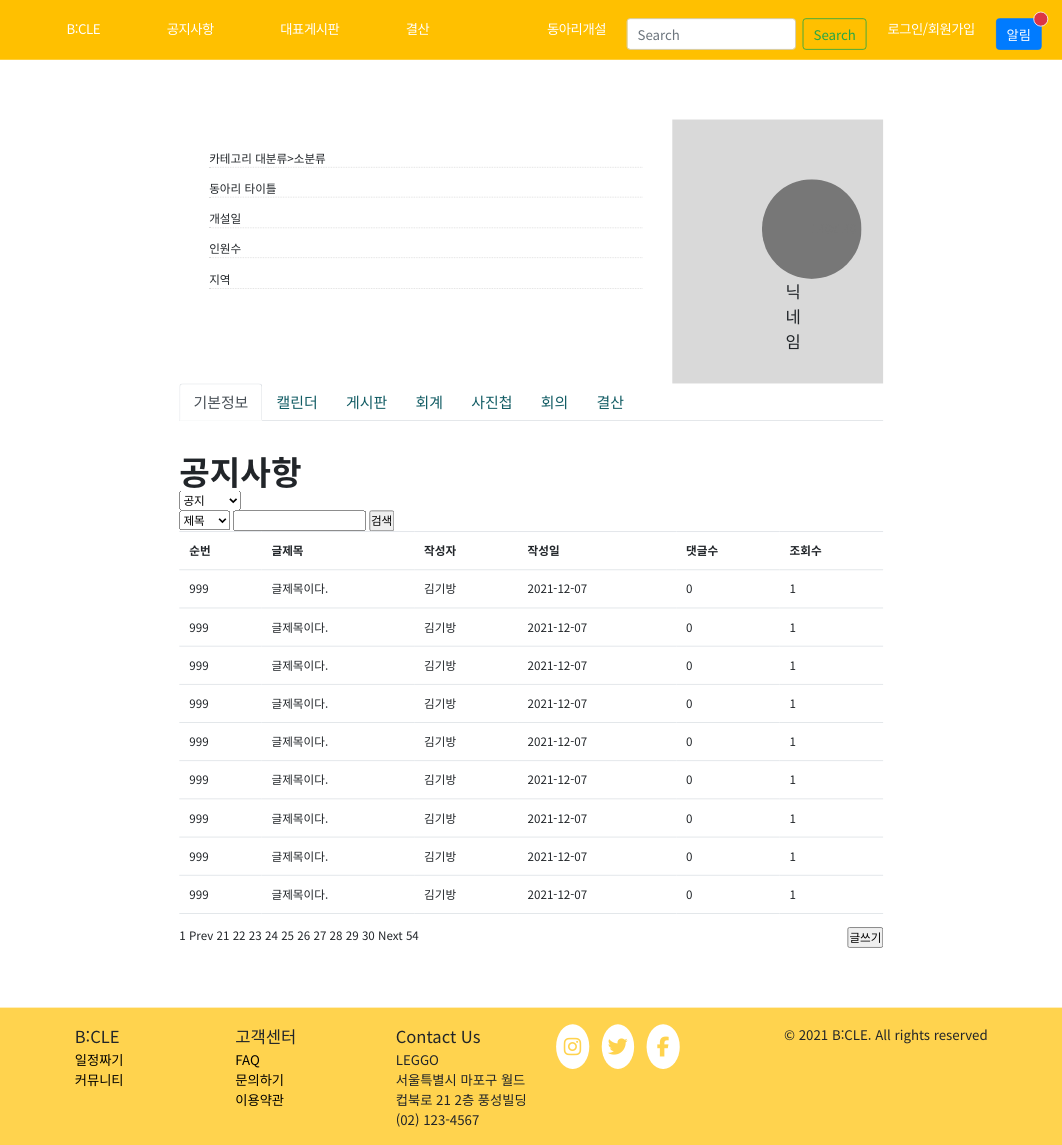
Repository: hyodii/FinalProject
Page: http://localhost/ViewPage/beenoticeList.jsp
The author's editor kept a copy of each file at every save. The page is drawn from the files as they stood at one save, then again after the next save.
The browser window is 1280 px wide. The pictures show the whole page, at 83% of full size.
Some web fonts or font styles are not loaded; a fallback is used. Some web libraries are served in a nearby version. The page is served by Tomcat 9.

Above is the page before, as saved 2021-12-10 14:14:06.
Console error: ReferenceError: $ is not defined

### ViewPage/WebContent/beenoticeList.jsp
<%@ page contentType="text/html; charset=UTF-8"%>
<%@ taglib prefix="c" uri="http://java.sun.com/jsp/jstl/core"%>
<%
   request.setCharacterEncoding("UTF-8");
   String cp = request.getContextPath();
%>
<!DOCTYPE html>
<html>
<head>
<meta charset="UTF-8">
<title>beenoticeList.jsp</title>
<style type="text/css">

/*    .left
   {
      float: left;
   }
   .right
   {
      float: right;
   }
 */


#wrap
{
	min-height: 100vh;
    position: relative;
    width: 100%;

}

#footer
{
	display: flex;
	justify-content: space-between;
}

#content
{
	margin: 5vh 30vh 10vh 30vh;
}

</style>
</head>
<body>


<!--
 beenoticeList.jsp
-  동아리 내 게시판 > 공지사항
-->
<div id="wrap">
   <div>
      <!-- 메뉴 영역 -->
      <c:import url="nav.jsp"></c:import>

      <!-- 사이드바 영역  -->

      <!-- 동아리 공통 메인 -->
		<c:import url="meetingmain.jsp"></c:import>


		<!-- 콘텐츠 영역 -->
     <div id="content">
     	<div>
         <h1>공지사항</h1>
		</div>

		<div class="box">
			<div>
				<form action="" name="categoryForm" method="post">
					<select name="categoryKey" class="selectField">
						<option value="notice">공지</option>
						<option value="talk">자유글</option>
						<option value="greeting">가입인사</option>
						<option value="review">정모후기</option>
						<option value="question">문의글</option>
					</select>
				</form>
			</div>
		</div>

			<div id="search">
				<form action="" name="searchForm" method="post">
					<select name="searchKey" class="selectField">
						<option value="subject">제목</option>
						<option value="name">작성자</option>
					</select> <input type="text" name="searchValue" class="textField"> <input
							type="button" value="검색" class="btn2" onclick="sendIt()">
				</form>
			</div>

         <table id="" class="table" >
              <tr>
                 <!-- 항목 8EA -->
                 <th>순번</th>
                 <th>글제목</th>
                 <th>작성자</th>
                 <th>작성일</th>
                 <th>댓글수</th>
                 <th>조회수</th>
              </tr>

              <tr>
                 <td>999</td>
                 <td>글제목이다.</td>
                 <td>김기방</td>
                 <td>2021-12-07</td>
                 <td>0</td>
                 <td>1</td>
              </tr>
              <tr>
                 <td>999</td>
                 <td>글제목이다.</td>
                 <td>김기방</td>
                 <td>2021-12-07</td>
                 <td>0</td>
                 <td>1</td>
              </tr>
              <tr>
                 <td>999</td>
                 <td>글제목이다.</td>
                 <td>김기방</td>
                 <td>2021-12-07</td>
                 <td>0</td>
                 <td>1</td>
              </tr>
              <tr>
                 <td>999</td>
                 <td>글제목이다.</td>
                 <td>김기방</td>
                 <td>2021-12-07</td>
                 <td>0</td>
                 <td>1</td>
              </tr>
              <tr>
                 <td>999</td>
                 <td>글제목이다.</td>
                 <td>김기방</td>
                 <td>2021-12-07</td>
                 <td>0</td>
                 <td>1</td>
              </tr>
              <tr>
                 <td>999</td>
                 <td>글제목이다.</td>
                 <td>김기방</td>
                 <td>2021-12-07</td>
                 <td>0</td>
                 <td>1</td>
              </tr>
              <tr>
                 <td>999</td>
                 <td>글제목이다.</td>
                 <td>김기방</td>
                 <td>2021-12-07</td>
                 <td>0</td>
                 <td>1</td>
              </tr>
              <tr>
                 <td>999</td>
                 <td>글제목이다.</td>
                 <td>김기방</td>
                 <td>2021-12-07</td>
                 <td>0</td>
                 <td>1</td>
              </tr>
              <tr>
                 <td>999</td>
                 <td>글제목이다.</td>
                 <td>김기방</td>
                 <td>2021-12-07</td>
                 <td>0</td>
                 <td>1</td>
              </tr>

              </table>


        <div id="footer">
         <p>1 Prev 21 22 23 24 25 26 27 28 29 30 Next 54</p>
         <input type="button" value="글쓰기" />
      	</div>

     </div>



      <!-- 푸터 영역 -->
      <div>
      	<c:import url="footer.jsp"></c:import>
      </div>



   </div>

</div>


</body>
</html>

### ViewPage/WebContent/nav.jsp
<%@ page contentType="text/html; charset=UTF-8"%>
<%@ taglib prefix="c" uri="http://java.sun.com/jsp/jstl/core"%>
<%
	request.setCharacterEncoding("UTF-8");
String cp = request.getContextPath();
%>
<!DOCTYPE html>
<html lang="ko">
<head>
<meta charset="UTF-8">
<meta name="viewport" content="width=device-width, initial-scale=1">
<title>B:CLE</title>
<!-- <link rel="stylesheet" href="css/main.css"> -->
<link rel="stylesheet" href="css/font-awesome.min.css">
<link
	href="https://cdn.jsdelivr.net/npm/bootstrap@5.1.3/dist/css/bootstrap.min.css"
	rel="stylesheet"
	integrity="sha384-1BmE4kWBq78iYhFldvKuhfTAU6auU8tT94WrHftjDbrCEXSU1oBoqyl2QvZ6jIW3"
	crossorigin="anonymous">

<style>
@import
	url('https://fonts.googleapis.com/css?family=Exo+2|Noto+Sans+KR&display=swap')
	;
/*reset*/
* {
	margin: 0;
	padding: 0;
}
body {
	margin: 0;
}
h1, h2, h3, h4, h5, h6, p, ul, ol, li, dl, dt, dd {
	margin: 0;
	padding: 0;
}
h1, h2, h3, h4, h5, h6 {
	font-weight: 700;
	font-size: inherit;
}
a {
	color: inherit;
	text-decoration: inherit;
}
img {
	vertical-align: middle;
}
a img {
	border: none;
}
li {
	list-style: none;
}
address, em, i, ul {
	font-style: normal;
}
.mo {
	display: none;
}
body {
	font-family: 'Noto Sans KR', sans-serif;
	font-size: 14px;
}
header {
	font-family: 'Noto Sans KR', sans-serif;
	letter-spacing: -0.5px;
	background: rgb(255, 192, 0);
	color: white;
	height: 10vh;
	width: 100%;
	position: relative;
	margin-top: -20px;
}
.mainHeader {
	width: 100%;
	margin-top: 20px;
	box-sizing: border-box;
	vertical-align: center;
}
.mainHeader .gnbMo {
	display: none;
}
.mainHeader .gnb {
	float: left;
	margin-left: 80px;
	margin-top: 3vh;
}
.mainHeader .gnb li {
	float: left;
	margin-right: 80px;
}
.mainHeader .gnb li a {
	display: block;
	width: 100%;
	height: 100%;
	text-align: center;
	color: #fff;
	font-size: 16px;
	text-decoration-line: none;
}
.mainHeader .gnb li a:hover, .mainHeader .gnb li a:focus {
	color: #ff8342;
}
.mainHeader .tnb {
	float: right;
	margin-top: 3vh;
}
.mainHeader .tnb li {
	float: left;
	margin-right: 25px;
}
.mainHeader .tnb li a {
	display: block;
	width: 100%;
	height: 100%;
	text-align: center;
	font-size: 16px;
	color: #fff;
	text-decoration-line: none;
}
.mainHeader .tnb li:nth-child(1) a i, .mainHeader .tnb li:nth-child(2) a i
	{
	font-size: 20px;
	margin-right: 8px;
}
.mainHeader .tnb li:last-child a {
	display: block;
	width: 105px;
	line-height: 2;
	border: 1px solid #fff;
	border-radius: 30px;
	margin-top: 35px;
}
.mainHeader .tnb li:last-child a i {
	margin-left: 5px;
}
.mainHeader .tnb li:last-child a:hover {
	background: #fff;
	color: #ff8342;
	transition: all 0.3s;
}
.btn-primary {
    color: #fff;
    background-color: #105b63;
    border-color: #105b63;
}
</style>


</head>
<body>
	<!--header-->
	<header>
		<div class="mainHeader">
			<nav class="gnb">
				<ul>
					<li><a href="#">B:CLE</a></li>
					<li><a href="#">공지사항</a></li>
					<li><a href="#">대표게시판</a></li>
					<li><a href="#">결산</a></li>
				</ul>
			</nav>
			<nav class="tnb">
				<ul>

					<li><a href="#">동아리개설</a></li>

					<li>
						<form class="d-flex">
							<input class="form-control me-2" type="search"
								placeholder="Search" aria-label="Search">
							<button class="btn btn-outline-success" type="submit">Search</button>
						</form>
					</li>




					<li><a href="#"></i>로그인/회원가입</a></li>
					<li><button type="button"
							class="btn btn-primary position-relative">
							알림 <span
								class="position-absolute top-0 start-100 translate-middle p-2 bg-danger border border-light rounded-circle">
								<span class="visually-hidden">New alerts</span>
							</span>
						</button></li>
				</ul>
			</nav>
			<nav class="gnbMo">
				<a href="#"><i class="fa fa-bars" aria-hidden="true"></i></a>
			</nav>
		</div>
	</header>
</body>
</html>

<!-- 검색부분에 쓸 부트스트랩 -->
<!--       <form class="d-flex">
        <input class="form-control me-2" type="search" placeholder="Search" aria-label="Search">
        <button class="btn btn-outline-success" type="submit">Search</button>
      </form> -->

### ViewPage/WebContent/meetingmain.jsp
<%@ page contentType="text/html; charset=UTF-8"%>
<%@ taglib prefix="c" uri="http://java.sun.com/jsp/jstl/core"%>
<%
	request.setCharacterEncoding("UTF-8");
	String cp = request.getContextPath();
%>
<!DOCTYPE html>
<html>
<head>
<meta charset="UTF-8">
<meta name="viewport" content="width=device-width, initial-scale=1">
<title>B:CLE</title>
<!-- <link rel="stylesheet" href="css/main.css"> -->
<link rel="stylesheet" href="css/font-awesome.min.css">
<link
	href="https://cdn.jsdelivr.net/npm/bootstrap@5.1.3/dist/css/bootstrap.min.css"
	rel="stylesheet"
	integrity="sha384-1BmE4kWBq78iYhFldvKuhfTAU6auU8tT94WrHftjDbrCEXSU1oBoqyl2QvZ6jIW3"
	crossorigin="anonymous">

<style>
@import
	url('https://fonts.googleapis.com/css?family=Exo+2|Noto+Sans+KR&display=swap')
	;
body {font-family: 'Noto Sans KR', sans-serif; font-size: 14px;}
/* .info {
	width: 100vh;
	height: 30vh;
	padding : 5vh;

}
.ProfileInfo {
	width: 70vh;
	height: 30vh;
	margin: 10vh 0vh 0vh 70vh;
} */
.info {
	height: 80%;
	width: 70%;
	padding : 5vh;
}
.ProfileInfo {
padding : 5vh;
width: 30%;
background-color : #D9D9D9;
}
.upper {
	margin: 10vh 30vh 0vh 30vh;
	position: fix;
	height: 60%;
	display: flex;
}
.nav{
margin:0vh 30vh 0vh 30vh;
color : #105b63;
font-size : 18px;
}
.nav-link {
    display: block;
    padding: 0.5rem 3rem;
    color: #0d6efd;
    text-decoration: none;
    transition: color .15s ease-in-out,background-color .15s ease-in-out,border-color .15s ease-in-out;
}
.nav-tabs .nav-link {
    margin-bottom: -1px;
    background: 0 0;
    border: 1px solid transparent;
    border-top-left-radius: .25rem;
    border-top-right-radius: .25rem;
    color : #105b63;
}
ul{
   list-style:none;
   }

.info ul li{
margin : 0vh 0vh 2vh 0vh;
border-bottom : 1px dotted #D9D9D9;
}
.col-lg-4{
margin : 5vh 10vh 0vh 10vh;
}
.col-lg-4 p{
margin-left : 4vh;
}
</style>
</head>

<body>

	<div class="upper">
		<div class=info>
		<ul>
		<li>카테고리 대분류>소분류</li>
				<li>동아리 타이틀</li>
						<li>개설일</li>
								<li>인원수</li>
										<li>지역</li>
		</ul>
		</div>
		<div class="ProfileInfo">
		<div class="row">
			<div class="col-lg-4">
			  <svg class="bd-placeholder-img rounded-circle" width="120" height="120" xmlns="http://www.w3.org/2000/svg" role="img" aria-label="Placeholder: 140x140" preserveAspectRatio="xMidYMid slice" focusable="false"><title>Placeholder</title><rect width="100%" height="100%" fill="#777"/><text x="50%" y="50%" fill="#777" dy=".3em">140x140</text></svg>

			  <p style= "font-size : 20px;">닉네임</p>
			</div>

		</div>
		</div>
	</div>


	<nav>
		<div class="nav nav-tabs" id="nav-tab" role="tablist">
			<a class="nav-item nav-link active" id="nav-home-tab" data-toggle="tab" href="#nav-home" role="tab"
				aria-controls="nav-home" aria-selected="true">기본정보</a> <a
				class="nav-item nav-link" id="nav-profile-tab" data-toggle="tab"
				href="#nav-profile" role="tab" aria-controls="nav-profile"
				aria-selected="false">캘린더</a>
				<a class="nav-item nav-link"
				id="nav-contact-tab" data-toggle="tab" href="#nav-contact"
				role="tab" aria-controls="nav-contact" aria-selected="false">게시판</a>
								<a class="nav-item nav-link"
				id="nav-contact-tab" data-toggle="tab" href="#nav-contact"
				role="tab" aria-controls="nav-contact" aria-selected="false">회계</a>
								<a class="nav-item nav-link"
				id="nav-contact-tab" data-toggle="tab" href="#nav-contact"
				role="tab" aria-controls="nav-contact" aria-selected="false">사진첩</a>
								<a class="nav-item nav-link"
				id="nav-contact-tab" data-toggle="tab" href="#nav-contact"
				role="tab" aria-controls="nav-contact" aria-selected="false">회의</a>
								<a class="nav-item nav-link"
				id="nav-contact-tab" data-toggle="tab" href="#nav-contact"
				role="tab" aria-controls="nav-contact" aria-selected="false">결산</a>
		</div>
	</nav>
	<script type="text/javascript">
	$('#myTab a').on('click', function (e) {
		  e.preventDefault()
		  $(this).tab('show')
		})
	</script>



</body>

<script src="https://code.jquery.com/jquery-3.2.1.slim.min.js" integrity="sha384-KJ3o2DKtIkvYIK3UENzmM7KCkRr/rE9/Qpg6aAZGJwFDMVNA/GpGFF93hXpG5KkN" crossorigin="anonymous"></script>
<script src="https://cdnjs.cloudflare.com/ajax/libs/popper.js/1.12.9/umd/popper.min.js" integrity="sha384-ApNbgh9B+Y1QKtv3Rn7W3mgPxhU9K/ScQsAP7hUibX39j7fakFPskvXusvfa0b4Q" crossorigin="anonymous"></script>
<script src="https://maxcdn.bootstrapcdn.com/bootstrap/4.0.0/js/bootstrap.min.js" integrity="sha384-JZR6Spejh4U02d8jOt6vLEHfe/JQGiRRSQQxSfFWpi1MquVdAyjUar5+76PVCmYl" crossorigin="anonymous"></script>


</html>

### ViewPage/WebContent/footer.jsp
<%@ page contentType="text/html; charset=UTF-8"%>
<%@ taglib prefix="c" uri="http://java.sun.com/jsp/jstl/core"%>
<%
	request.setCharacterEncoding("UTF-8");
	String cp = request.getContextPath();
%>
<!DOCTYPE html>
<html>
<head>
<meta charset="utf-8">
<title>B:CLE Footer(예비용)</title>

<link
	href="https://cdn.jsdelivr.net/npm/bootstrap@4.4.1/dist/css/bootstrap.min.css"
	rel="stylesheet">
<script
	src="https://cdn.jsdelivr.net/npm/bootstrap@4.4.1/dist/js/bootstrap.bundle.min.js"></script>
<link rel="preconnect" href="https://fonts.googleapis.com">
<link rel="preconnect" href="https://fonts.gstatic.com">
<link
	href="https://fonts.googleapis.com/css2?family=Noto+Sans+KR:wght@400;700&display=swap"
	rel="stylesheet">
<script src="https://kit.fontawesome.com/dab690a483.js" crossorigin="anonymous"></script>
<style type="text/css">

/*reset*/
* {margin: 0;padding: 0;}
body {margin: 0;}
h1, h2, h3, h4, h5, h6, p, ul, ol, li, dl, dt, dd {margin: 0; padding: 0;}
h1, h2, h3, h4, h5, h6 {font-weight: 700; }
a {color: inherit; text-decoration: inherit;}
img {vertical-align: middle;}
a img {border: none;}
li {list-style: none;}
address, em, i, ul {font-style: normal;}

/*layout*/
.mo {display: none;}
.en {font-family: 'Exo 2', sans-serif;}
body {font-family: 'Noto Sans KR', sans-serif; font-size: 14px;}
.wrap {margin: 0 auto; }

#footer-wrapper
{
	background-color: #FFD34E;
	font-family: 'Noto Sans KR', sans-serif;
	font-size: 12pt;
}
.title
{
	font-family: 'Noto Sans KR', sans-serif;
	font-size: 15pt;
}

.container
{
	padding: 20px;
}

ul
{
   list-style:none;
   padding-left:0px;
}
a.menuitem
{
	text-decoration: none;
	text-align: center;
	color: black;
}
a.menuitem:hover
{
	color: #105B63;
}


.second-box
{
  display: flex;
  justify-content: flex-end;
}

.icon
{
  /* width: 40%; */
  display: flex;
  justify-content: flex-end;
  color: #FFD34E
}

.icon-box
{
  width: 54px;
  height: 54px;
  background-color: white;
  border-radius: 50%;
  margin-right: 15px;
  display: flex;
  justify-content: center;
  align-items: center;
}

.icon
{
  font-size: 24px;
}
.icon:hover {
  color: #105B63;
}

</style>

</head>
<body>

<!-- Footer -->
<div id="footer-wrapper">
	<footer id="footer" class="container">
		<div class="row">
			<div class="col-3 col-6-medium col-12-small">

				<!-- Links -->
					<section class="widget links">
						<div class="title">B:CLE</div>
						<ul class="style2">
							<li><a href="#" class="menuitem">일정짜기</a></li>
							<li><a href="mainhome.action" class="menuitem">커뮤니티</a></li>
							<!-- <li><a href="#">Felis varius pellentesque potenti</a></li>
							<li><a href="#">Nullam scelerisque blandit leo</a></li> -->
						</ul>
					</section>

			</div>
			<div class="col-3 col-6-medium col-12-small">

				<!-- Links -->
					<section class="widget links">
						<div class="title">고객센터</div>
						<ul class="style2">
							<li><a href="#" class="menuitem">FAQ</a></li>
							<li><a href="#" class="menuitem">문의하기</a></li>
							<li><a href="#" class="menuitem">이용약관</a></li>
							<!-- <li><a href="#">Felis varius pellentesque potenti</a></li>
							<li><a href="#">Nullam scelerisque blandit leo</a></li> -->
						</ul>
					</section>

			</div>

			<div class="col-3 col-6-medium col-12-small">

				<!-- Contact -->
					<section class="widget contact last">
						<div class="title">Contact Us</div>

						<p class="menuitem">LEGGO<br />
						서울특별시 마포구 월드컵북로 21 2층 풍성빌딩<br />
						(02) 123-4567</p>
					</section>

			</div>

			<div class="col-3 col-6-medium col-12-small">

				<!-- 아이콘 -->
				<!-- <section class="widget contact last icon"> -->
					<div class="second-box">
			              <div class="icon-box">
			                  <i class="fab fa-instagram icon"></i>
			              </div>
			              <div class="icon-box">
			                  <i class="fab fa-twitter icon"></i>
			              </div>
			              <div class="icon-box">
			                  <i class="fab fa-facebook-f icon"></i>
			              </div>
					</div>
				<!-- </section> -->

			</div>

		</div>

		<div class="row">
			<div class="col-12">
				<div id="copyright">
					<ul class="menu" style="text-align: center;">
						<li>&copy; 2021 B:CLE. All rights reserved</li>
					</ul>
				</div>
			</div>
		</div>
	</footer>
</div>

</body>
</html>

After the next save:
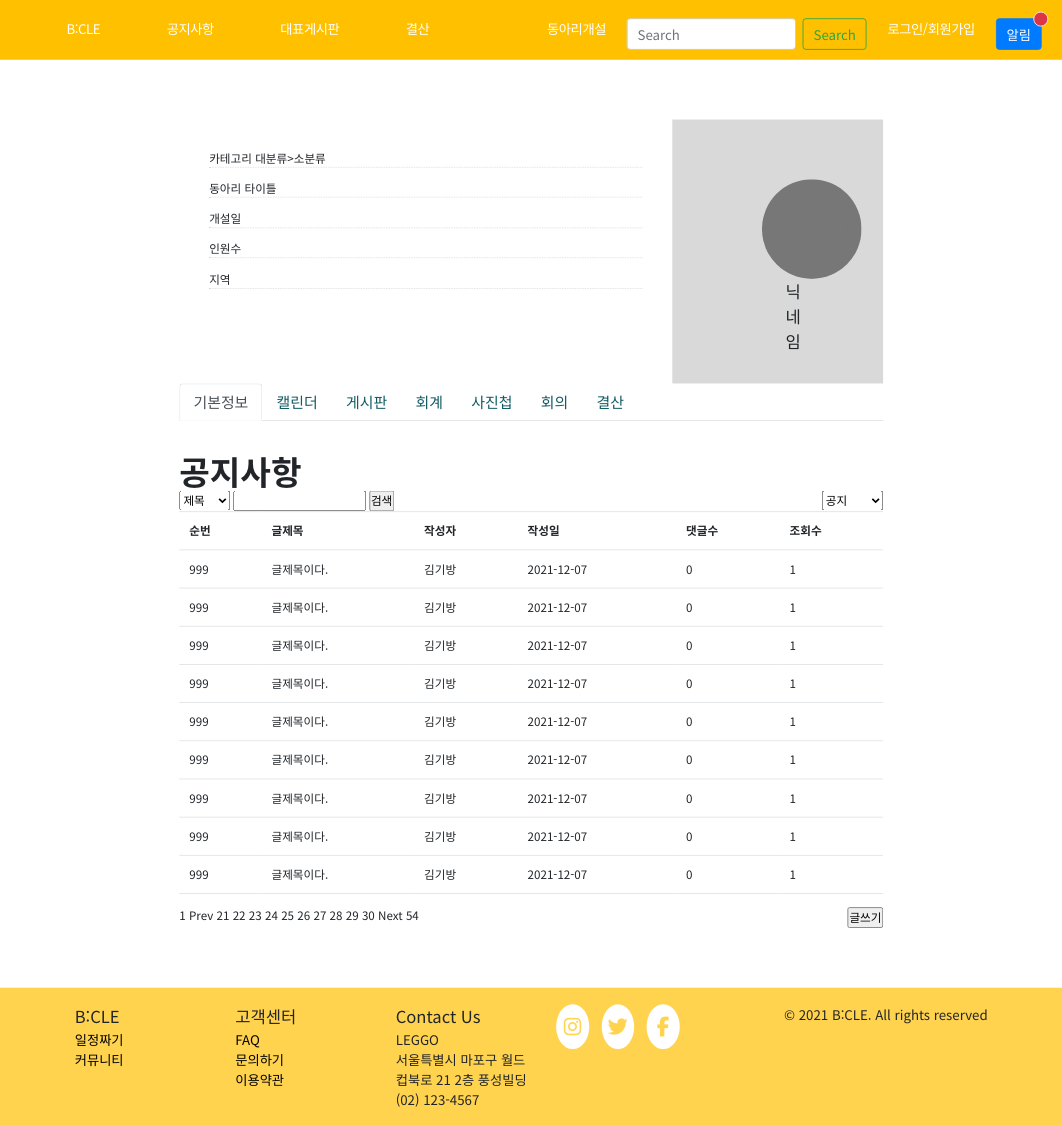
Saved 31 s later.
--- a/ViewPage/WebContent/beenoticeList.jsp
+++ b/ViewPage/WebContent/beenoticeList.jsp
@@ -39,6 +39,12 @@
 #content
 {
 	margin: 5vh 30vh 10vh 30vh;
+}
+
+.box
+{
+	display: flex;
+	float: right;
 }
 
 </style>

After the 6 saves that followed:
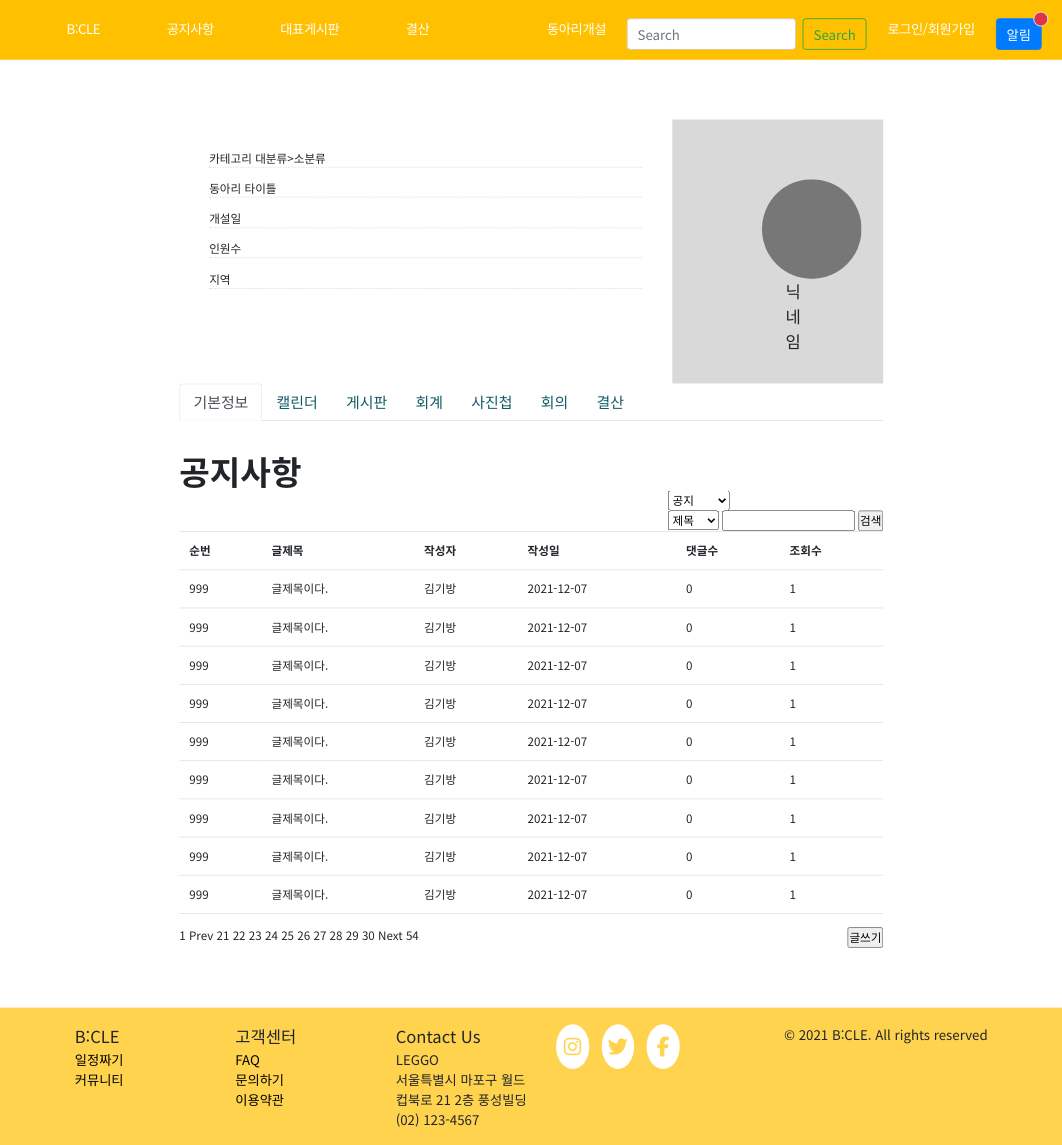
The 6 saves are shown as one change because 5 left the picture as it was.
The last was saved 90 s later.
--- a/ViewPage/WebContent/beenoticeList.jsp
+++ b/ViewPage/WebContent/beenoticeList.jsp
@@ -41,9 +41,8 @@
 	margin: 5vh 30vh 10vh 30vh;
 }
 
-.box
-{
-	display: flex;
+.boxsearch
+{
 	float: right;
 }
 
@@ -73,19 +72,20 @@
          <h1>공지사항</h1>
 		</div>
 
-		<div class="box">
-			<div>
-				<form action="" name="categoryForm" method="post">
-					<select name="categoryKey" class="selectField">
-						<option value="notice">공지</option>
-						<option value="talk">자유글</option>
-						<option value="greeting">가입인사</option>
-						<option value="review">정모후기</option>
-						<option value="question">문의글</option>
-					</select>
-				</form>
+		<div class="boxsearch">
+			<div class="box">
+				<div>
+					<form action="" name="categoryForm" method="post">
+						<select name="categoryKey" class="selectField">
+							<option value="notice">공지</option>
+							<option value="talk">자유글</option>
+							<option value="greeting">가입인사</option>
+							<option value="review">정모후기</option>
+							<option value="question">문의글</option>
+						</select>
+					</form>
+				</div>
 			</div>
-		</div>
 
 			<div id="search">
 				<form action="" name="searchForm" method="post">
@@ -96,6 +96,7 @@
 							type="button" value="검색" class="btn2" onclick="sendIt()">
 				</form>
 			</div>
+      	</div>
 
          <table id="" class="table" >
               <tr>
